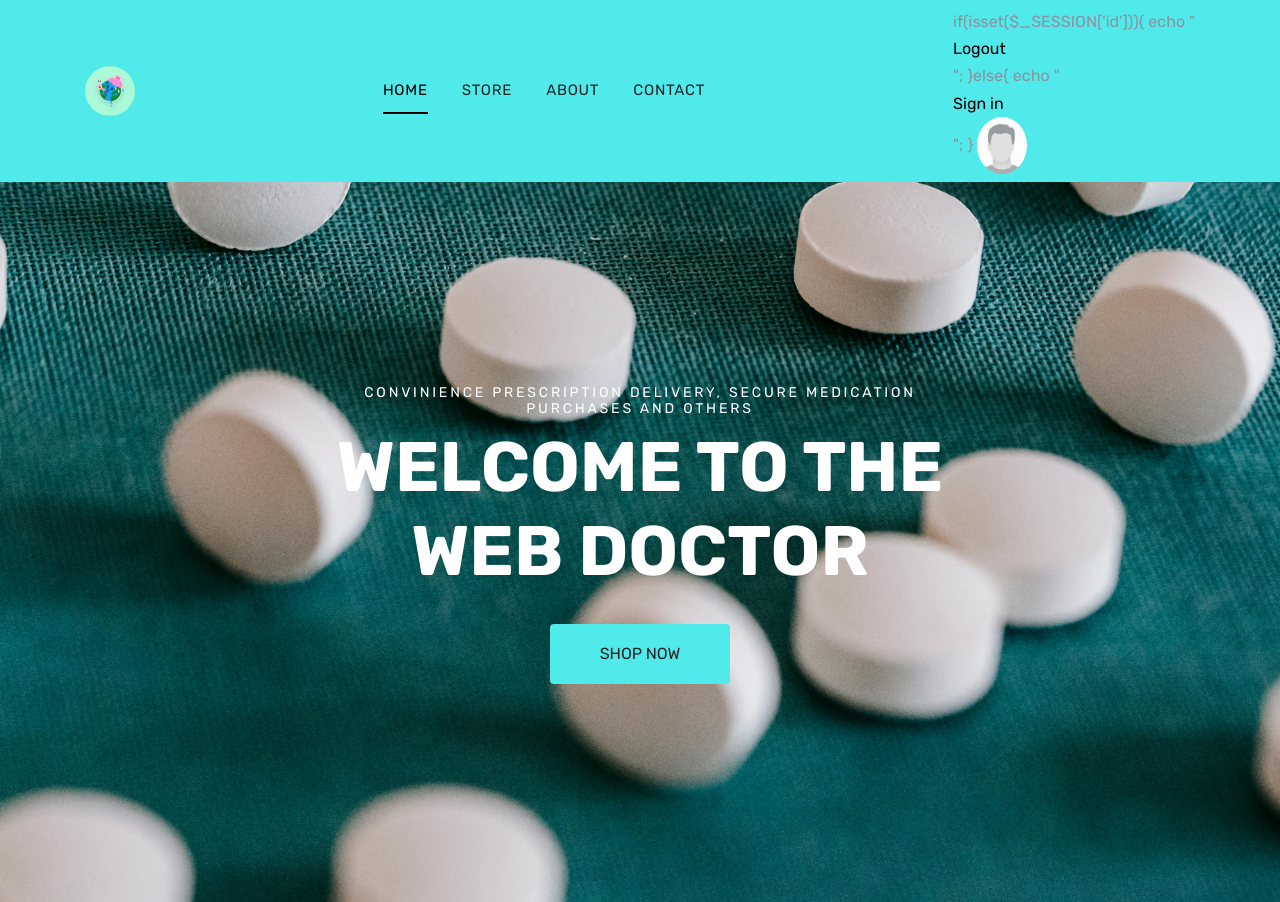
Repository: Argivist/Web-Doctor
Page: http://localhost/view/home.php
The author's editor kept a copy of each file at every save. The page is drawn from the files as they stood at one save, then again after the next save.
The browser window is 1280 px wide. The pictures show the whole page.
Some web fonts or font styles are not loaded; a fallback is used. The page is run by PHP 8.4 with error messages shown; the project is at /var/www/html/.

Above is the page before, as saved 2024-02-18 20:35:10.

### view/home.php
<?php
include "../settings/connection.php";
session_start();
?>
<!DOCTYPE html>
<html lang="en">
<head>
    <meta charset="UTF-8">
    <meta name="viewport" content="width=device-width, initial-scale=1.0">
    <title>Document</title>


    <link href="https://fonts.googleapis.com/css?family=Rubik:400,700|Crimson+Text:400,400i" rel="stylesheet">
    <link rel="stylesheet" href="fonts/icomoon/style.css">
    <link rel="stylesheet" href="../css/bootstrap.min.css">
    <link rel="stylesheet" href="../css/magnific-popup.css">
    <link rel="stylesheet" href="../css/jquery-ui.css">
    <link rel="stylesheet" href="../css/owl.carousel.min.css">
    <link rel="stylesheet" href="../css/owl.theme.default.min.css">
    <link rel="stylesheet" href="../css/style.css">
    <link rel="stylesheet" href="../css/aos.css">
</head>

<body>
    <div class="site-wrap">

        <!--Navigation Bar-->
        <div class="site-navbar bg-primary py-2">
            <div class="container">
                <div class="d-flex align-items-center justify-content-between">
                    <div class="logo">
                        <div class="site-logo">
                            <a href="home.php" class="js-logo-clone"><img src="../img/logo/logo.png"  style="width:50px; border-radius:50px;" alt="logo"/></a>
                        </div>
                    </div>
                    <div class="main-nav d-lg-block">
                        <nav class="site-navigation text-right text-md-center" role="navigation">
                            <ul class="site-menu js-clone-nav d-lg-block">
                                <li class="active"><a href="home.php">Home</a></li>
                                <li><a href="shop.html">Store</a></li>
                                <li><a href="aboutus.html">About</a></li>
                                <li><a href="contact.html">Contact</a></li>
                            </ul>
                        </nav>
                    </div>
                    <?php
                    ?>
                    <div class="profile">
                    if(isset($_SESSION['id'])){
                        echo "<div class='logout'><a href='../actions/logout.php'>Logout</a></div>";
                    }else{
                        echo "<div class='login'><a href='../login/login.php'>Sign in</a></div>";
                    }
                        <a href="
                        <?php
                        if(isset($_SESSION['id'])){
                            echo "profile.php";
                        }else{
                            echo "../login/login.php";
                        }
                        ?>
                        "><img src="
                        <?php
                            if(isset($_SESSION['id'])){
                                echo "../img/profile.jpg";
                            }else{
                                echo "../img/default_profile.jpg";
                            }
                        ?>
                        " alt="Image" class="rounded-circle" style="width:50px; border-radius:50px;"></a>
                    </div>
                </div>
            </div>
        </div>

        <!--Main Content-->
        <!--Image By: Photo by Alex Green: https://www.pexels.com/photo/pile-of-white-spilled-pills-5699514/-->
        <div class="site-blocks-cover" style="background-image: url('../img/background/pharmacy_1.jpg');">
      <div class="container">
        <div class="row">
          <div class="col-lg-7 mx-auto order-lg-2 align-self-center">
            <div class="site-block-cover-content text-center">
              <h2 class="sub-title">Convinience Prescription Delivery, Secure Medication Purchases and others</h2>
              <h1>Welcome To The Web Doctor</h1>
              <p>
                <a href="
                        <?php
                        if(isset($_SESSION['id'])){
                            echo "shop.php";
                        }else{
                            echo "../login/login.php";
                        }
                        ?>" class="btn btn-primary px-5 py-3">Shop Now</a>
              </p>
            </div>
          </div>
        </div>
      </div>
    </div>
</body>

</html>

### settings/connection.php
<?php
$server="localhost:3307";
$user="root";
$passwd="root";
$db="webdoc";

$conn=mysqli_connect($server,$user,$passwd,$db) or die("Connection failed :: ".$conn->error);
?>

Loaded but not shown: css/bootstrap.min.css (library); css/magnific-popup.css (library); css/jquery-ui.css (library); css/owl.carousel.min.css (common file); css/owl.theme.default.min.css (common file); css/aos.css (library); css/style.css (1125 lines, source omitted)

After the next save:
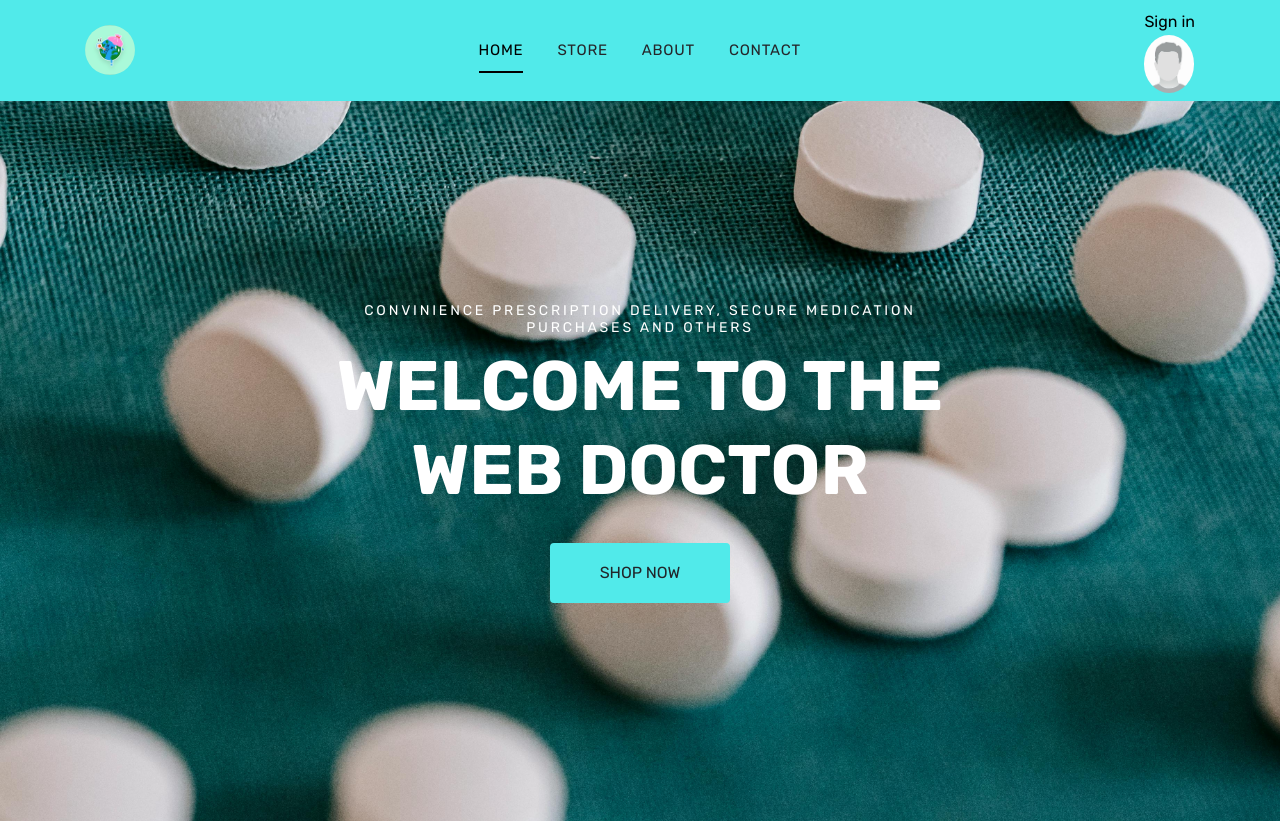
Saved 11 s later.
--- a/view/home.php
+++ b/view/home.php
@@ -43,14 +43,14 @@ session_start();
                             </ul>
                         </nav>
                     </div>
+
+                    <div class="profile">
                     <?php
-                    ?>
-                    <div class="profile">
                     if(isset($_SESSION['id'])){
                         echo "<div class='logout'><a href='../actions/logout.php'>Logout</a></div>";
                     }else{
                         echo "<div class='login'><a href='../login/login.php'>Sign in</a></div>";
-                    }
+                    }?>
                         <a href="
                         <?php
                         if(isset($_SESSION['id'])){
